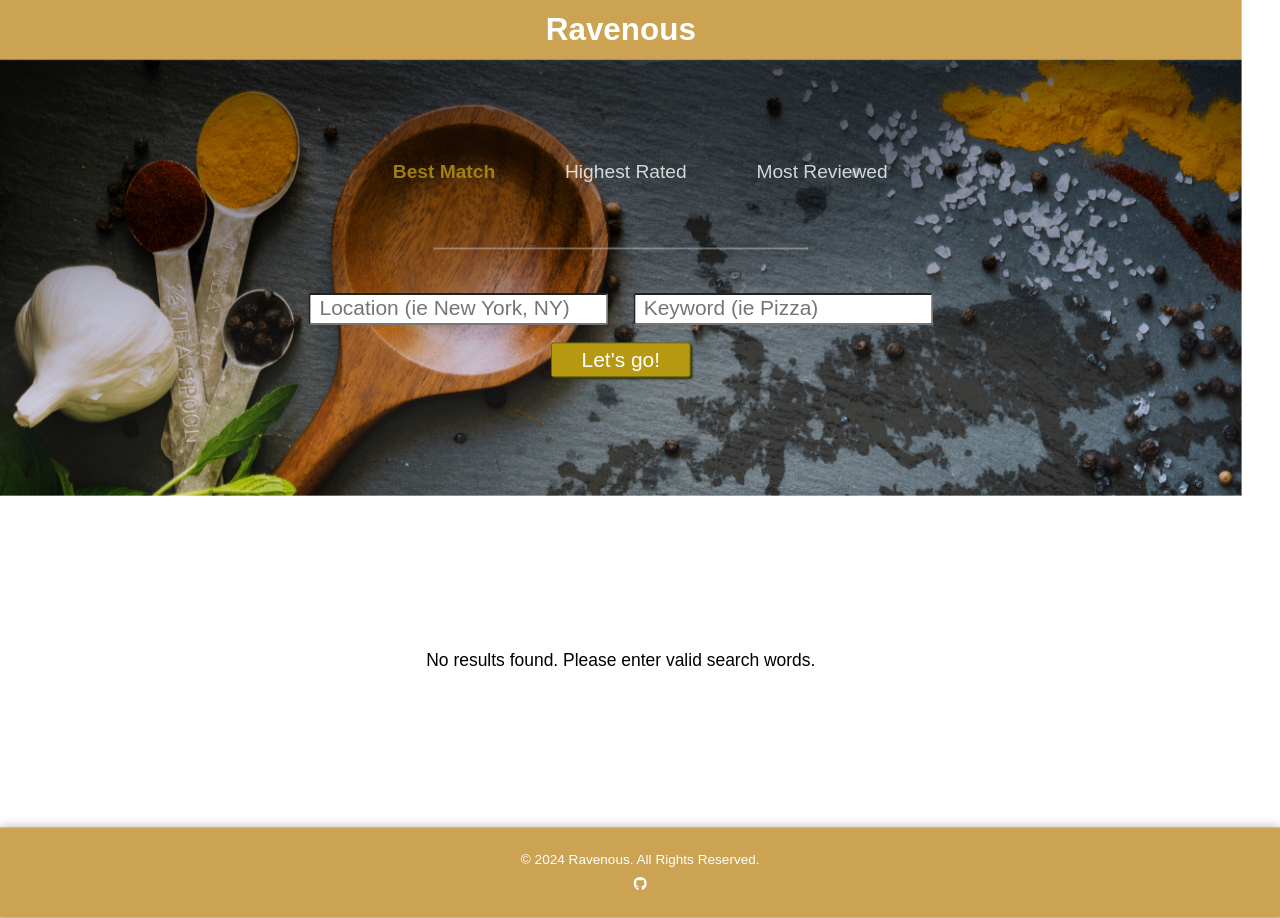
Repository: LolaSL/Ravenous
Page: /
These files come from the project's save history. The page is drawn as it stood at one moment and after the next save; the edit follows.
The browser window is 1280 px wide. The page is 1320 px wide, so the pictures cover 1320 px, including what lies to the right of the window. The pictures show the whole page, at 97% of full size.
The page's requests for data from a server got no answer. The project was rebuilt for these pictures with package versions that can differ from the ones it lists, and the page was loaded fresh each time. No one was signed in, and anything a server would have sent is missing. Also part of the build but not shown: src/Business/Business.js.

Above is the page before, as saved 2024-03-24 13:39:12.

### src/App.js
import './App.css';
import React, { useState, useEffect } from 'react';
import BusinessList from './BusinessList/BusinessList';
import SearchBar from './SearchBar/SearchBar';
import getSuggestions from './utils/yelp';
import Footer from './Footer/Footer';

function App() {
  const [businesses, setBusinesses] = useState([]);

  const searchYelp = async (keyword, location, sort) => {
    const suggestions = await getSuggestions(keyword, location, sort);
    setBusinesses(suggestions);
  };

  useEffect(() => {
    searchYelp("food", "US", "best_match");
  }, []);

  return (
    <div className="App">
      <header>
        <h1>Ravenous</h1>
      </header>
      <main>
        <SearchBar searchYelp={searchYelp} />
        <BusinessList businesses={businesses} />
      </main>
      <Footer />

    </div>
  );
};

export default App;

### src/App.css
/* Universal Styles */

html {
  font-size: 18px;
}

html,
body {
  margin: 0;
}

@media only screen and (max-width: 560px) {
  html {
    font-size: 15px;
  }
}

input:focus {
  outline: none;
}

/* App Styles */

.App {
  font-family: "Work Sans", sans-serif;
}

.App h1 {
  padding: 0.66rem 0;
  text-align: center;
  background-color: #cca353;
  font-family: Poppins, sans-serif;
  font-size: 1.8rem;
  color: #fff;
  margin: 0;
}

### src/BusinessList/BusinessList.js
import React from 'react';
import './BusinessList.css';
import Business from '../Business/Business';

function BusinessList(prop) {
  if(!prop.businesses) {
    return (
      <div id="business-list">
        <p>No results found. Please enter valid search words.</p>
      </div>
    )
  }
  return (
    <div id="business-list">
      {prop.businesses?.map(business => {
        return <Business info={business} key={business.id}/>;
      })}
    </div>
  );
};

export default BusinessList;

### src/SearchBar/SearchBar.js
import React, { useState } from 'react';
import './SearchBar.css';

function SearchBar({ searchYelp }) {
    const [location, setLocation] = useState("US");
    const [keyword, setKeyword] = useState("restaurant");
    const [sort, setSort] = useState("best_match");

    const sortChoices = [
        { id: "best_match", choice: "Best Match" },
        { id: "rating", choice: "Highest Rated" },
        { id: "review_count", choice: "Most Reviewed" }
    ];

    const handleSortChange = (choice) => {
        setSort(choice);
    }

    const handleLocationChange = (event) => {
        let choice = event.target.value;
        if (!choice) {
            choice = "US";
        };
        setLocation(choice);
    };

    const handleKeywordChange = (event) => {
        let choice = event.target.value;
        if (!choice) {
            choice = "food";
        };
        setKeyword(choice);
    };

    const handleSubmit = (event) => {
        event.preventDefault();
        searchYelp(keyword, location, sort);
    };

    return (
        <div id="search-bar">
            <ul id="sort-options">
                {sortChoices.map((choice) => (
                    <li key={choice.id} value={choice.id} onClick={() => handleSortChange(choice.id)} className={sort === choice.id ? "active" : ""}>{choice.choice}</li>
                ))}
            </ul>
            <hr/>
            <div id="user-input">
                <input className="search-input" id="location" onChange={handleLocationChange} placeholder="Location (ie New York, NY)" />
                <input className="search-input" id="keyword" onChange={handleKeywordChange} placeholder="Keyword (ie Pizza)" />
                <button id="submit" type="submit" onClick={handleSubmit}>Let's go!</button>
            </div>
        </div>
    );
};

export default SearchBar;

### src/utils/yelp.js
const apiKey = process.env.REACT_APP_API_KEY;
const cors = "https://cors-anywhere.herokuapp.com/";
const baseUrl = "https://api.yelp.com/v3";
const searchEndpoint = "/businesses/search";

const getSuggestions = async (keyword, location, sort) => {
  const endpoint = `${cors}${baseUrl}${searchEndpoint}?term=${keyword}&location=${location}&sort_by=${sort}`;

  try {
    const response = await fetch(endpoint,
      {
        headers: {
          Authorization: `Bearer ${apiKey}`
        }
      }
    );
    if (response.ok) {
      const jsonResponse = await response.json();
      const results = jsonResponse.businesses.map((business) => ({
        id: business.id,
        img: business.image_url,
        name: business.name,
        address: `${business.location.display_address[0]}, ${business.location.display_address[1]}`,
        category: business.categories[0].title,
        rating: business.rating,
        reviews: business.review_count
      }));
      return results;
    }
  }
  catch (error) {
    console.log(error);
  };
};
export default getSuggestions;

### src/Footer/Footer.js
import React from 'react';
import './Footer.css';
import { FaGithub } from 'react-icons/fa';

const Footer = () => {
  const year = new Date().getFullYear();

  return (
    <footer className="footer">
      <div className="container">
        <p className="text-center">
          © {year} Ravenous. All Rights Reserved.
        </p>
        <p className="text-center">


          <a
            href="https://github.com/LolaSL"
            target="_blank"
            rel="noopener noreferrer"
          >
            <FaGithub />
          </a>
        </p>
      </div>
    </footer>
  );
};

export default Footer;

### src/BusinessList/BusinessList.css
/* BusinessList.css */
#business-list {
  display: flex;
  box-sizing: border-box;
  width: 100%;
  min-height: 15rem;
  margin: 2rem auto;
  padding: 1rem 5rem;
  align-items: center;
  flex-wrap: wrap;
  justify-content: center;
  background-color: white;
  }

### src/SearchBar/SearchBar.css
#search-bar {
  display: flex;
  flex-direction: column;
  justify-content: center;
  background-image: url("./background_search_desktop.jpg");
  background-size: cover;
  background-repeat: no-repeat;
  height: 25rem;
}

#sort-options {
  display: flex;
  justify-content: center;
  margin-bottom: 2.22rem;
  color: white;
}

#sort-options li {
  display: inline;
  margin: 0 2rem;
  color: white;
  font-size: 1.1rem;
  opacity: 80%;
  justify-content: center;
}

#sort-options li:hover {
  cursor: pointer;
  color: rgb(182, 152, 17);
}

.active {
  color: rgb(182, 152, 17) !important;
  font-weight: bold;
}

hr {
  margin: 1.5rem auto;
  width: 30%;
  opacity: 50%;
}

#user-input {
  margin: 1rem auto;
}

.search-input {
  margin: 0 0.7rem;
  font-size: 1.2rem;
  height: 1.2rem;
  padding: 0.2rem 0.5rem;
  border-radius: 3px;
}

#submit {
  display: block;
  width: 8rem;
  height: 2rem;
  margin: 1rem auto;
  color: white;
  background-color: rgb(182, 152, 17);
  border: 1px solid rgb(107, 101, 17);
  border-radius: 3px;
  font-size: 1.2rem;
  box-shadow: 2px 2px 2px rgb(47, 53, 10);
}

#submit:hover {
  cursor: pointer;
  background-color: rgb(81, 67, 2);
}

@media only screen and (max-width: 560px) {
  #search-bar {
    background-image: url("./background_search_mobile.jpg");
  }

  #sort-options li {
    display: block;
  }

  .search-input {
    margin-right: 0 auto;
    width: 70%;
    margin-bottom: 0.86rem;
  }
}

### src/Footer/Footer.css
/* Footer.css */

.footer {
    background-color: #cca353;
    color: white;
    text-align: center;
    position: relative;
    left: 0;
    bottom: 0;
    width: 100%;
    padding: 20px;
    box-shadow: 0 0 10px rgba(0, 0, 0, 0.3);
  }

  .footer .container {
    display: flex;
    flex-direction: column;
    justify-content: center;
    align-items: center;
  }

  .footer a {
    color: white;
    text-decoration: none;
    font-weight: bold;
  }

  .footer a:hover {
    color: #ff9999;
  }

  .footer p {
    margin: 5px 0;
    font-size: 14px;
  }

### src/Business/Business.css
/* Business.css */
.restaurant-card {
  display: flex;
  flex-direction: column;
  justify-content: space-between;
  width: 16.66rem;
  margin: 0 0.5rem 2.3rem 0.5rem;
  transition: width 2.5s;

}

img {
  height: 16.66rem;
  margin-bottom: 1rem;
  display: flex;
  flex-direction: column;
  justify-content: center;
  overflow: hidden;
  background: #000;
  border-radius: 5px;
}
.image img {
  width: 100%;
}
.name {
  font-size: 1.2rem;
  font-weight: bold;
}

.category,
.rating {
  color: rgb(152, 97, 3);
  font-weight: bold;
}

.info {
  padding-bottom: 10px;
}

p {
  margin: 0;
}

Loaded but not shown: public/index.html (common file); src/index.js (common file); src/index.css (common file); src/reportWebVitals.js (common file)

After the next save:
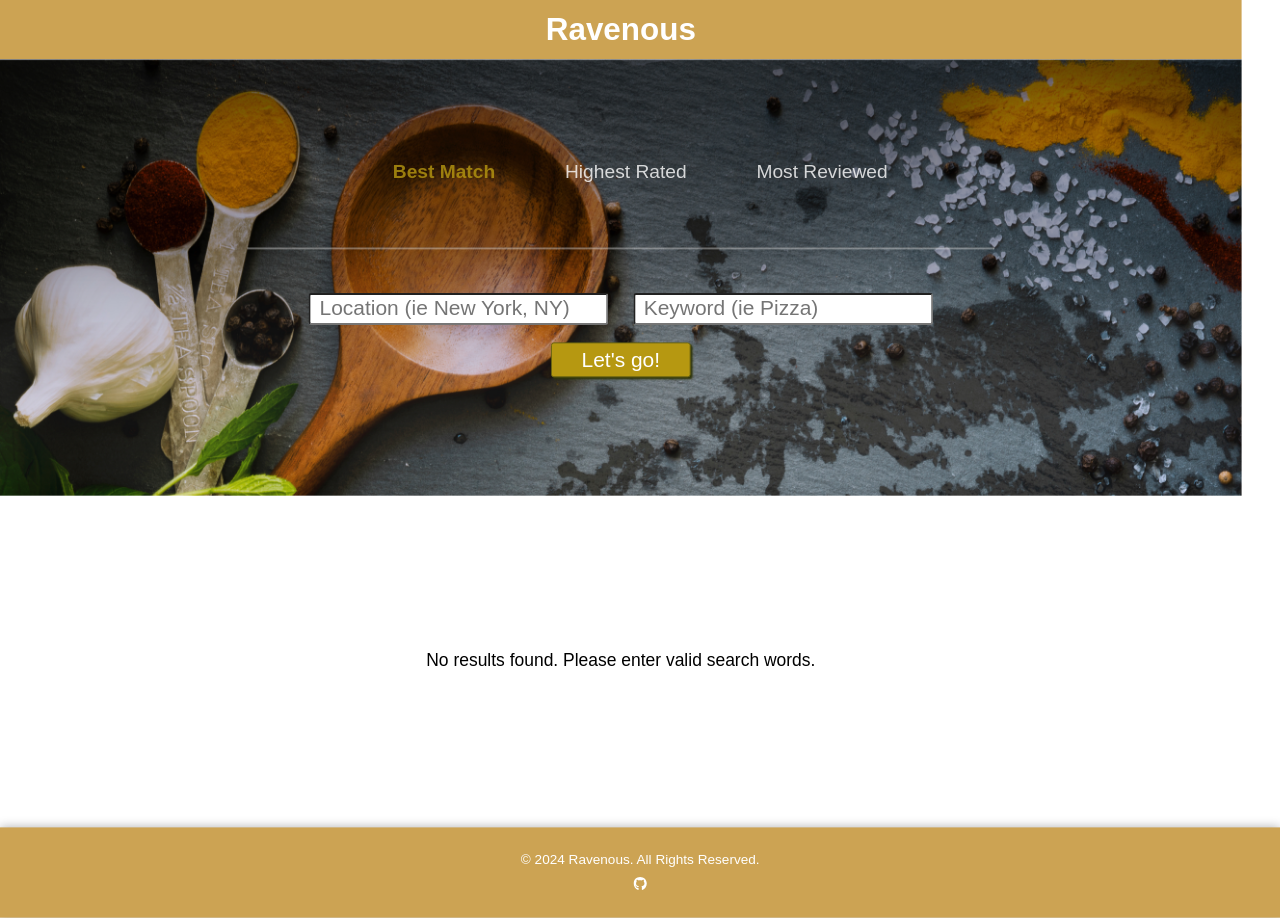
Saved 18 s later.
--- a/src/SearchBar/SearchBar.css
+++ b/src/SearchBar/SearchBar.css
@@ -36,7 +36,7 @@
 
 hr {
   margin: 1.5rem auto;
-  width: 30%;
+  width: 60%;
   opacity: 50%;
 }
 
